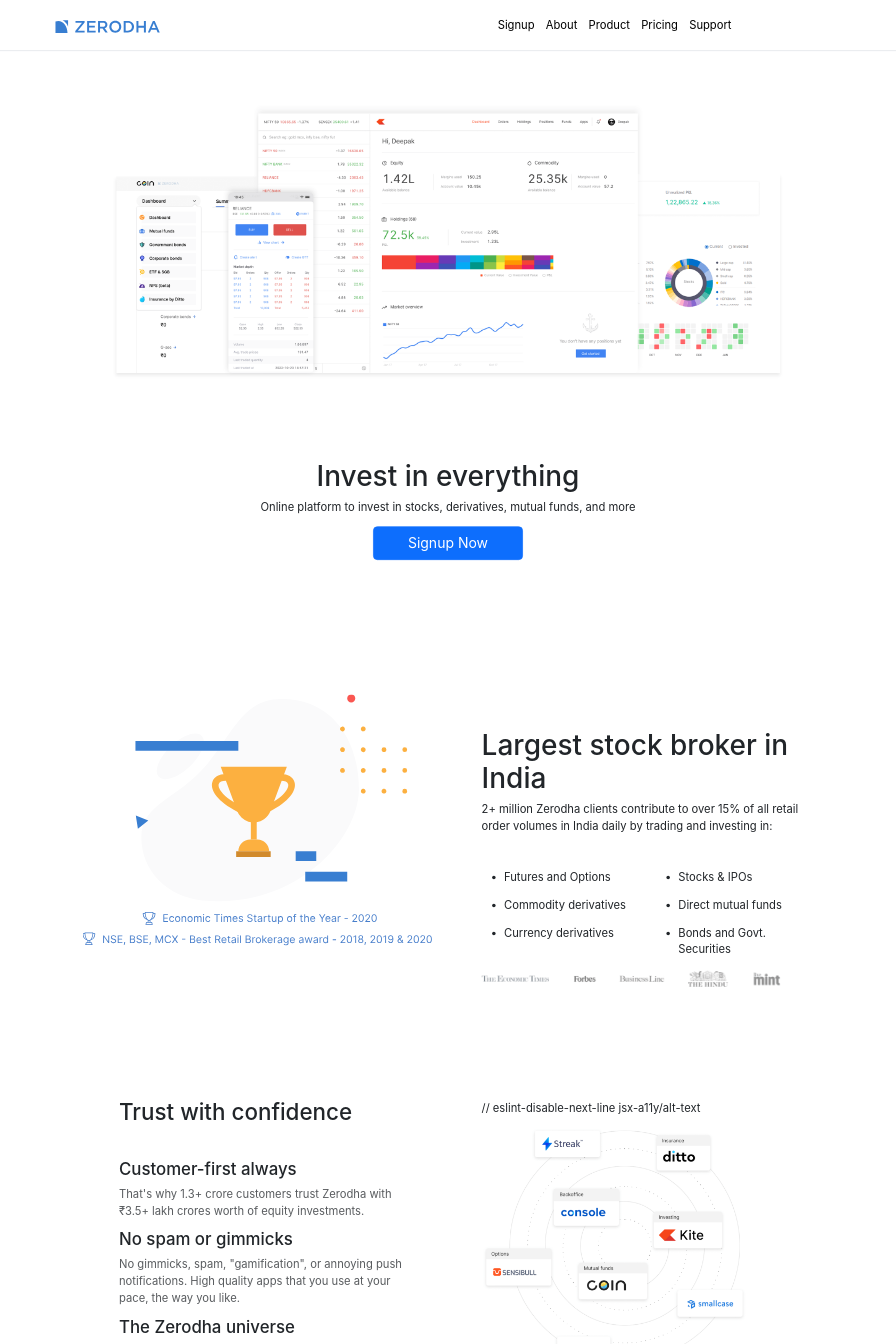
Repository: swarnabha-dutta/TradeVerse
Page: / (app in frontend/)
An editor plug-in stored every save of this project. The page is shown before and after a run of saves, followed by the edit.
The browser window is 1280 px wide. The pictures show the part of the page from y = 0 to 1920 px (the page is 3853 px tall before and 3926 px after), at 70% of full size.
Some web libraries are served in a nearby version. The project was rebuilt for these pictures with package versions that can differ from the ones it lists, and the page was loaded fresh each time. Also part of the build but not shown: frontend/src/landing_page/about/Team.jsx, frontend/src/landing_page/about/AboutPage.jsx, frontend/src/landing_page/products/Hero.jsx, frontend/src/landing_page/products/LeftSection.jsx, frontend/src/landing_page/products/RightSection.jsx, frontend/src/landing_page/products/Universe.jsx, frontend/src/landing_page/products/ProductsPage.jsx, frontend/src/landing_page/signup/Signup.jsx and 6 more. Imported but missing from the stored project, and not drawn on this page: frontend/src/landing_page/about/Hero.

Above is the page before, as saved 2025-11-12 06:27:27.

After the next 3 saves:
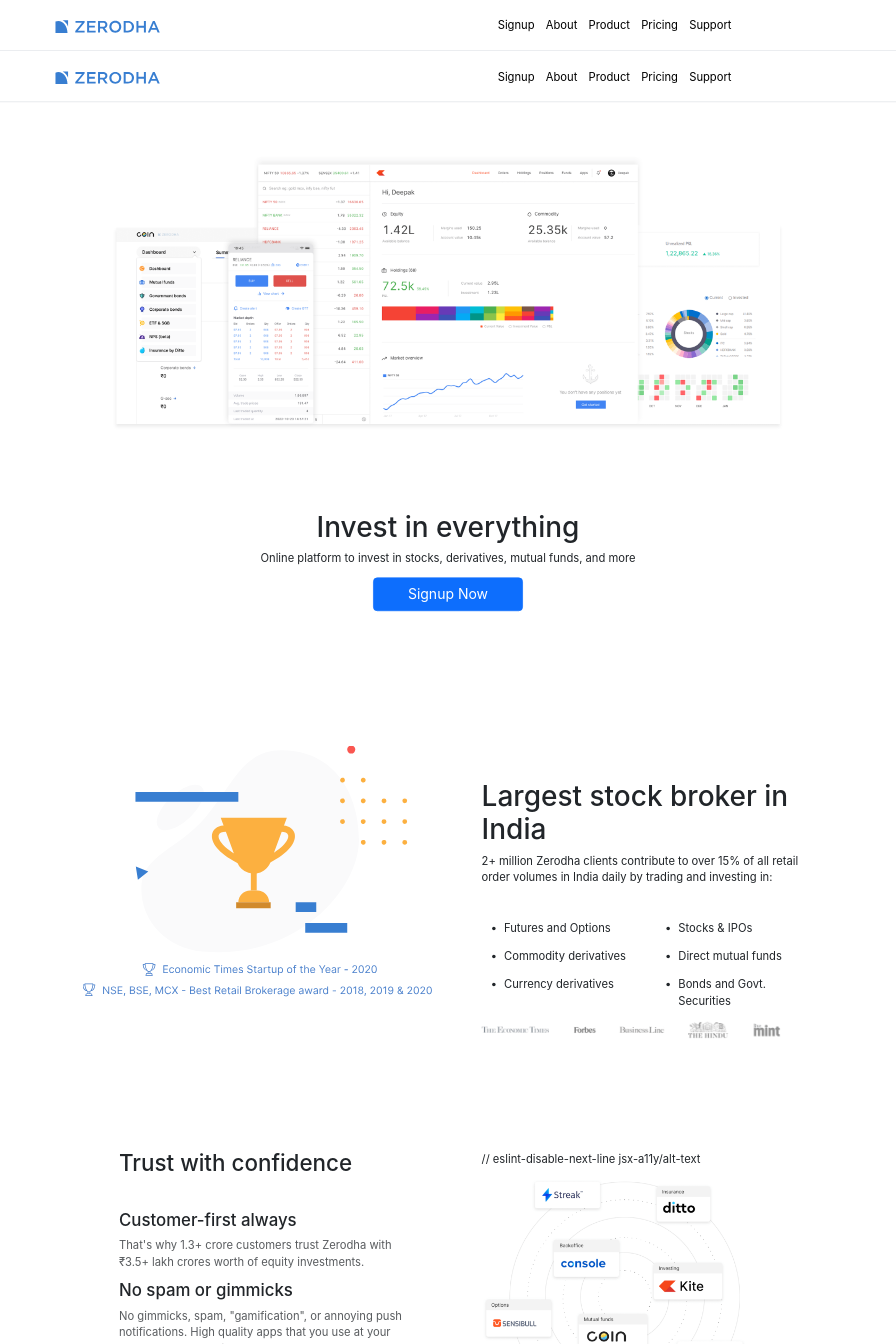
The 3 saves are shown as one change because they came seconds apart.
The last was saved 52 s later.
--- a/frontend/src/index.js
+++ b/frontend/src/index.js
@@ -8,10 +8,12 @@
 import Signup from './landing_page/signup/Signup.jsx';
 import PricingPage from "./landing_page/pricing/PricingPage.jsx";
 import SupportPage from "./landing_page/support/SupportPage.jsx";
+import Navbar from './landing_page/Navbar.jsx';
 
 const root = ReactDOM.createRoot(document.getElementById('root'));
 root.render(
   <BrowserRouter>
+    <Navbar/>
     <Routes>
         <Route path="/" element={<HomePage/>}></Route>
         <Route path="/signup" element={<Signup/>}></Route>
